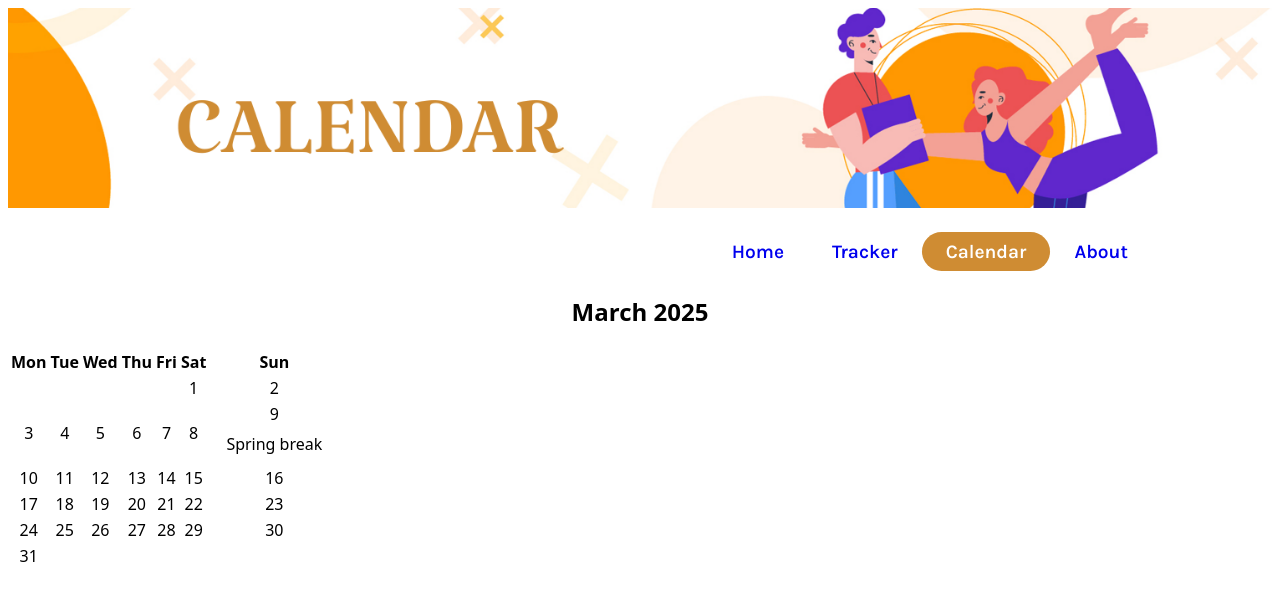
Repository: SandyLy453/habit-tracker
Page: http://localhost/calendar?month=1&year=2025
An editor plug-in stored every save of this project. The page is shown before and after the next save, followed by the edit.
The browser window is 1280 px wide. The pictures show the whole page.
The page is served by the project's Node server (server.js).

Above is the page before, as saved 2025-03-16 17:20:58.

### views/pages/calendar.ejs
<!DOCTYPE html>
<html lang="en">
<head>
    <meta charset="UTF-8">
    <meta name="viewport" content="width=device-width, initial-scale=1.0">
    <link rel="stylesheet" href="/styles.css">
    <link rel="preconnect" href="https://fonts.googleapis.com">
    <link rel="preconnect" href="https://fonts.gstatic.com" crossorigin>
    <link href="https://fonts.googleapis.com/css2?family=Karla:ital,wght@0,200..800;1,200..800&family=Roboto:ital,wght@0,100..900;1,100..900&display=swap" rel="stylesheet">
</head>
<body>
    <%- include('../partials/header', { activePage: 'calendar' }) %>

  <div class="calendar-container">
    <div class="calendar-nav">
      <h2 id="month-year">
        <%= new Date(currentYear, currentMonth).toLocaleString('default', { month: 'long', year: 'numeric' }) %>
      </h2>
    </div>

    <table class="calendar-table">
      <thead>
        <tr>
          <th>Mon</th><th>Tue</th><th>Wed</th><th>Thu</th><th>Fri</th><th>Sat</th><th>Sun</th>
        </tr>
      </thead>
      <tbody>
        <%
          const firstDay = new Date(currentYear, currentMonth, 1);
          const firstDayIndex = (firstDay.getDay() + 6) % 7;
          const daysInMonth = new Date(currentYear, currentMonth + 1, 0).getDate();
          let dateCount = 1;

          for (let i = 0; i < 6; i++) { %>
          <tr>
            <% for (let j = 0; j < 7; j++) { %>
              <% if ((i === 0 && j < firstDayIndex) || dateCount > daysInMonth) { %>
                <td></td>
              <% } else { %>
                <td class="calendar-day">
                  <span class="date-number"><%= dateCount %></span>
                  <% if (currentMonth === 2 && dateCount === 9) { %>
                    <div class="event">Spring break</div>
                  <% } %>
                </td>
                <% dateCount++; %>
              <% } %>
            <% } %>
          </tr>
        <% } %>
      </tbody>
    </table>
  </div>

</body>
</html>

### views/partials/header.ejs
<!DOCTYPE html>
<html lang="en">
<head>
    <meta charset="UTF-8">
    <meta name="viewport" content="width=device-width, initial-scale=1.0">
    <title>
        <%= typeof title != 'undefined' ? title : 'Page Title' %>
    </title>
    <link rel="stylesheet" href="/styles.css">
    <link rel="preconnect" href="https://fonts.googleapis.com">
    <link rel="preconnect" href="https://fonts.gstatic.com" crossorigin>
    <link href="https://fonts.googleapis.com/css2?family=Karla:ital,wght@0,200..800;1,200..800&family=Roboto:ital,wght@0,100..900;1,100..900&display=swap" rel="stylesheet">
</head>
<body>
    <header>
        <div class="header_container">
            <img src="<%= activePage === 'home' ? '/images/home_banner.png' : activePage === 'tracker' ? '/images/tracker_banner.png' : activePage === 'calendar' ? '/images/calendar_banner.png' : '/images/about_banner.png' %>" alt="Banner Images"/>
            <ul class="header">
                <li><a href="/" class="header_items <%= activePage === 'home' ? 'highlight' : '' %>">Home</a></li>
                <li><a href="/tracker" class="header_items <%= activePage === 'tracker' ? 'highlight' : '' %>">Tracker</a></li>
                <li><a href="/calendar" class="header_items <%= activePage === 'calendar' ? 'highlight' : '' %>">Calendar</a></li>
                <li><a href="/about" class="header_items <%= activePage === 'about' ? 'highlight' : '' %>">About</a></li>
              </ul>
        </div>
    </header>
</body>
</html>

### server.js
import pg from 'pg';
import express from 'express';
import bodyParser from 'body-parser';
import dotenv from 'dotenv';
import path from 'path';
import { fileURLToPath } from 'url';

const __filename = fileURLToPath(import.meta.url);
const __dirname = path.dirname(__filename);

dotenv.config();

// Database setup
const db = new pg.Client({
  user: process.env.DB_USER,
  host: process.env.DB_HOST,
  database: process.env.DB_DATABASE,
  password: process.env.DB_PASSWORD,
  port: process.env.DB_PORT,
});

db.connect()
  .then(() => {
    console.log('Connected to the database');
  })
  .catch(err => {
    console.error('Database connection error:', err.stack);
});

const app = express();
const port = 3000;

app.set('views', path.join(__dirname, 'views'));

// Middleware
app.use(bodyParser.urlencoded({ extended: true }));
app.use(express.static('public'));  // Serve static files from the public folder
app.set('view engine', 'ejs');

// Routes
app.get('/', (req, res) => {
  res.render('pages/home', {
    title: "Personal Habit Tracker",
    activePage: 'home',
    paragraph: "Track your progress today for better habits."
  });
});

app.get('/tracker', (req, res) => {
  res.render('pages/tracker', {
    title: "My Habits Tracker",
    activePage: 'tracker',
    paragraph: " "
  });
});

app.get('/calendar', (req, res) => {
  const currentDate = new Date();
  res.render('pages/calendar', {
    title: "Calendar",
    activePage: 'calendar',
    currentMonth: currentDate.getMonth(),
    currentYear: currentDate.getFullYear(),
  });
});

app.get('/about', (req, res) => {
  res.render('pages/about', {
    title: "About",
    activePage: 'about',
  });
});

app.listen(port, () => {
  console.log(`App listening at port ${port}`);
});

### public/styles.css
:root {
    --header-font: "Karla", sans-serif;
    --heading-font: "Lora", serif;

    --font-styles-bold: 600;
    --font-styles-regular: 400;
    --header-large: 1.2rem;
    --page-heading: 2.5rem;
    --page-details: 1.1rem;

    --card-status-inProgress: #CF8C33;
    --card-paragraph: #4A4A4A;
    --card-status-done: #03a903;

    --schedules-reading: #FFCF90;
    --schedules-running: #B2ABEA;
    --schedules-drawing: #E0F1FF;
    --schedules-meditation: #FFDDE9;
    --event-backgroundColor: #FFF7EC;

    --numDays: 5;
    --numHours: 10;
    --timeHeight: 60px;
}

body {
    font-family: Arial, sans-serif;
    text-align: center;
}

input, button {
    margin: 5px;
    padding: 8px;
}

/* Header */
.header_container img {
    margin: 0;
    padding: 0;
    display: block;
    width: 100%;
    height: 100%;
    object-fit: cover;
}

.header {
    display: flex;
    flex-direction: row;
    justify-content:flex-end;
    list-style: none;
    margin: 2rem 120px;
    font-family: var(--header-font);
    font-weight: var(--font-styles-bold);
    font-size: var(--header-large);
}

.header_items {
    text-decoration: none;
    padding: .5rem 1.5rem;
    border-radius: 20px;
}

.header_items.highlight {
    color: white;
    background-color: var(--card-status-inProgress);
}

/* Home Page */
.heading_section {
    text-align: left;
    margin: 6rem 120px 4rem 120px;
}

.heading_section h1 {
    font-family: var(--heading-font);
    font-weight: var(--font-styles-regular);
    font-size: var(--page-heading);
    margin-bottom: 0;
}

.heading_section p {
    font-size: var(--page-details);
    margin-top: .5rem;
    font-style: italic;
}

.main_content {
    display: flex;
    flex-direction: row;
    margin: 0 120px 7rem 120px;
    gap: 2rem;
    text-align: left;
    align-items: flex-start;
}

/* Home Page Cards */

.cards_section {
    width: 50%;
    display: flex;
    flex-direction: column;
    justify-content: flex-start;
    padding: 0;
}

.cards_section h2,
.schedules_section h2 {
    font-family: var(--heading-font);
}

.cards {
    display: flex;
    flex-direction: row;
    flex-wrap: wrap;
    gap: 20px;
}

.card {
    position: relative;
    background-color: white;
    border-radius: 8px;
    border: 2px solid #D8D8D8;
    padding: 15px;
    width: 240px;
    height: 180px;
    text-align: left;
    overflow: hidden;
}

.card img {
    width: 100%;
    height: 100px;
    object-fit: cover;
    position: absolute;
    overflow: hidden;
    top: 0;
    left: 0;
    right: 0;
}

.habit {
    position: relative;
    display: flex;
    flex-direction: row;
    margin-bottom: 15px;
    justify-content: space-between;
    top: 6.5rem;
}

.habit h3 {
    margin: 0;
    font-size: 16px;
}

.habit p {
    margin: 5px 0;
    font-size: 14px;
    color: var(--card-paragraph);
}

.status {
    font-weight: bold;
}

.status.in-progress {
    color: var(--card-status-inProgress);
}

.status.done {
    color: var(--card-status-done);
}

/* Calendar */

.schedules_section {
    width: 50%;
    display: flex;
    flex-direction: column;
}

.calendar {
    display: grid;
    gap: 10px;
    grid-template-columns: auto 1fr;
}

.timeline {
    display: grid;
    grid-template-rows: repeat(var(--numHours), var(--timeHeight));
}

.days {
    display: grid;
    grid-column: 2;
    gap: 5px;
    grid-template-columns: repeat(auto-fit, minmax(100px, 1fr));
}

.events {
    display: grid;
    grid-template-rows: repeat(var(--numHours), var(--timeHeight));
    border-radius: 5px;
    background: var(--event-backgroundColor);
}

.start-10 {
    grid-row-start: 2;
}

.start-12 {
    grid-row-start: 3;
}

.start-1 {
    grid-row-start: 5;
}

.start-2 {
    grid-row-start: 6;
}

.end-12 {
    grid-row-end: 4;
}

.end-1 {
    grid-row-end: 5;
}

.end-3 {
    grid-row-end: 7;
}

.end-4 {
    grid-row-end: 8;
}

.end-5 {
    grid-row-end: 9;
}

.title {
    font-weight: 600;
    margin-bottom: 0.1rem;
}

.event {
    border: 1px solid var(--eventBorderColor);
    border-radius: 5px;
    padding: 0.5rem;
    margin: 0 0.5rem;
    background: white;
}

.events p {
    font-size: 14px;
}

.space,
.date {
    height: 60px
}

body {
    font-family: system-ui, sans-serif;
}

.running {
    background: var(--schedules-running);
}

.drawing {
    background: var(--schedules-drawing);
}

.meditation {
    background: var(--schedules-meditation);
}

.reading {
    background: var(--schedules-reading);
}

.date {
    display: flex;
    gap: 1em;
}

.date-day {
    display: inline;
    font-size: var(--page-details);
}

.calendar-container {
    width: ;
}

After the next save:
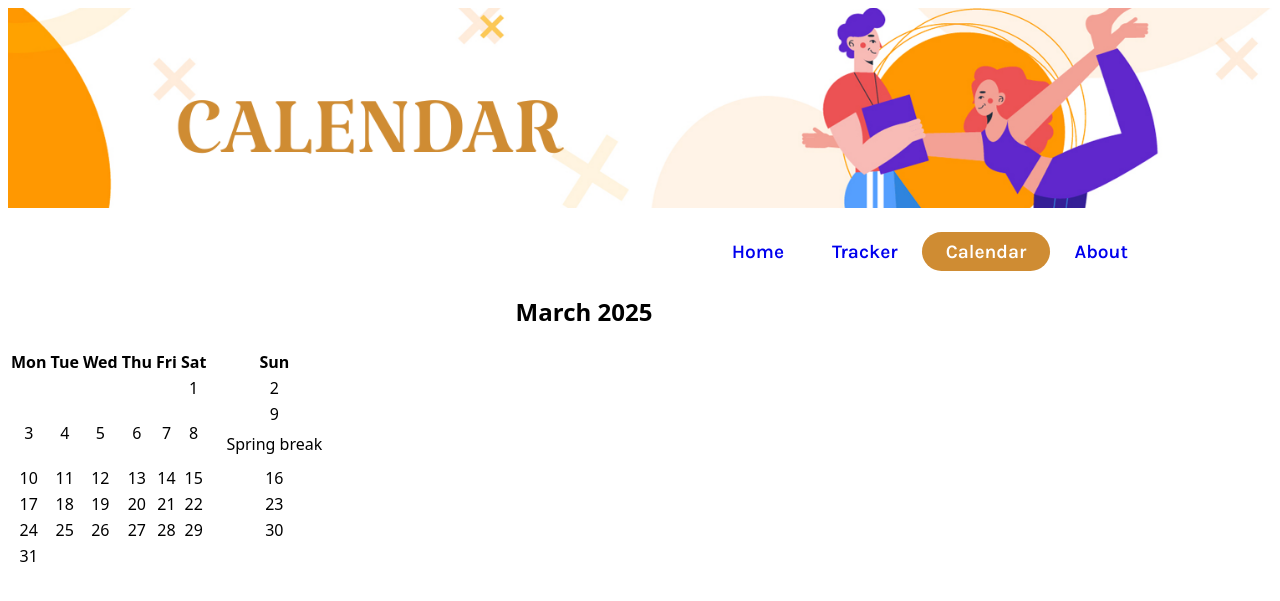
Saved 19 s later.
--- a/public/styles.css
+++ b/public/styles.css
@@ -292,5 +292,6 @@ body {
 }
 
 .calendar-container {
-    width: ;
-}
+    width: 90vw;
+    height: auto;
+}
